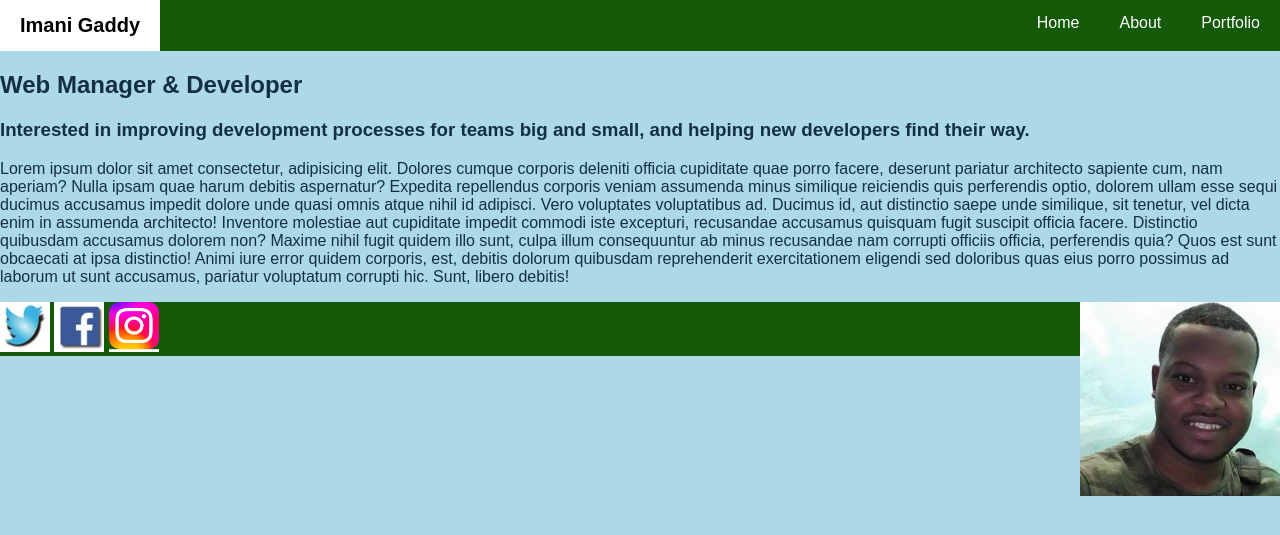
Repository: website-dev-team/website-repo
Page: personal_site/home.html
The author's editor kept a copy of each file at every save. The page is drawn from the files as they stood at one save, then again after the next save.
The browser window is 1280 px wide. The pictures show the whole page.

Above is the page before, as saved 2024-07-16 05:09:25.

### personal_site/home.html
<!DOCTYPE html>
<html lang="en">
<head>
    <meta charset="UTF-8">
    <meta name="viewport" content="width=device-width, initial-scale=1.0">
    <title>My Personal Website</title>
    <link rel="stylesheet" href="style.css">
</head>
<body>
<header>
    <nav class="navbar">
        <a class="logo" href="#">Imani Gaddy</a>
        <a href="./portfolio.html" class="nav-item">Portfolio</a>
        <a href="./about.html" class="nav-item">About</a>
        <a href="./home.html" class="nav-item">Home</a>
    </nav>
</header>

<section class="boxw"><h2>Web Manager & Developer</h2></section>
<div>
    <section class="box">
        <section class="box2"><h3>Interested in improving development processes for teams big and small, and helping new developers find their way.</h3>
    <p>Lorem ipsum dolor sit amet consectetur, adipisicing elit. Dolores cumque corporis deleniti officia cupiditate quae porro facere, deserunt pariatur architecto sapiente cum, nam aperiam? Nulla ipsam quae harum debitis aspernatur?
    Expedita repellendus corporis veniam assumenda minus similique reiciendis quis perferendis optio, dolorem ullam esse sequi ducimus accusamus impedit dolore unde quasi omnis atque nihil id adipisci. Vero voluptates voluptatibus ad.
    Ducimus id, aut distinctio saepe unde similique, sit tenetur, vel dicta enim in assumenda architecto! Inventore molestiae aut cupiditate impedit commodi iste excepturi, recusandae accusamus quisquam fugit suscipit officia facere.
    Distinctio quibusdam accusamus dolorem non? Maxime nihil fugit quidem illo sunt, culpa illum consequuntur ab minus recusandae nam corrupti officiis officia, perferendis quia? Quos est sunt obcaecati at ipsa distinctio!
    Animi iure error quidem corporis, est, debitis dolorum quibusdam reprehenderit exercitationem eligendi sed doloribus quas eius porro possimus ad laborum ut sunt accusamus, pariatur voluptatum corrupti hic. Sunt, libero debitis!</p>
        <img src="Profile.png" alt="Profile Image" class="float-left" width="200">
        </section>
</div>
<footer>
    <nav class="navbar">
        <img src="twitter.jpg" alt="insta" width="50" height="50">
        <img src="facebook.jpg" alt="insta" width="50" height="50">
        <img src="instagram.png" alt="insta" width="50" height="50">

    </nav>
</footer>

</body>
</html>

### personal_site/style.css
body {
    margin: 0;
    font-family: Arial, Helvetica, sans-serif;
    background-color: #add8e6;
    color: #132f46;

}

.navbar {
    background-color: #145a08;
    overflow: hidden;
}

.navbar a {
    display: inline-block;
    text-decoration: none;
    text-align: center;
    padding: 14px 20px;
    color: white;
}

.navbar a:hover {
    background-color: white;
    color: black;
}

.navbar .logo {
    font-size: 20px;
    font-weight: bold;
    float: left;
}

.navbar .nav-item {
    float: right;
}

.float-left {
    float: right;
}

After the next save:
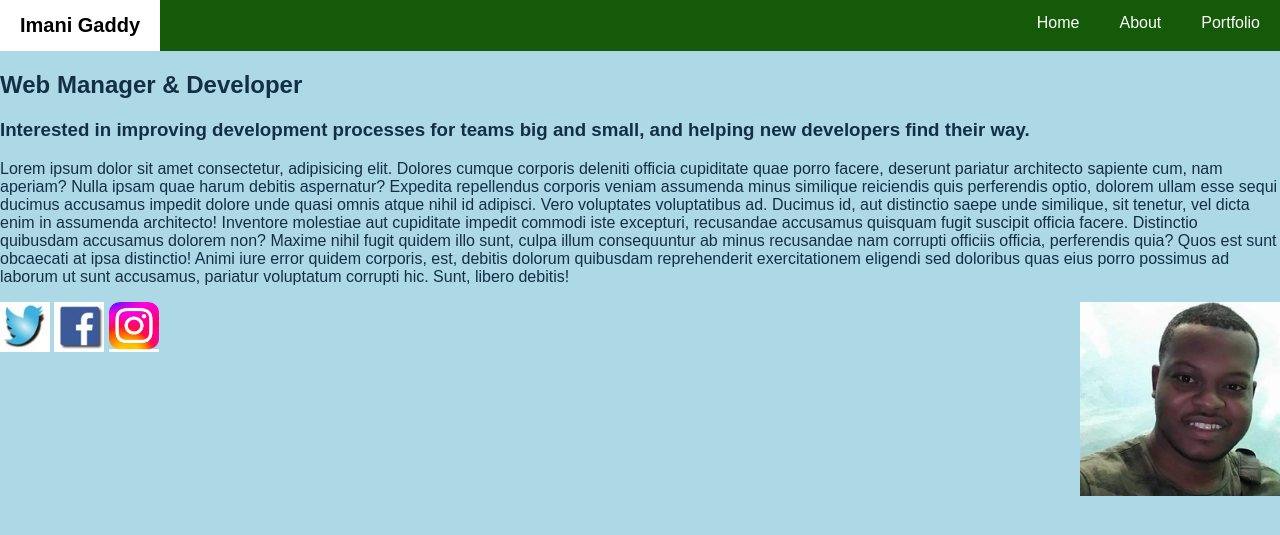
Saved 2 min 49 s later.
--- a/personal_site/home.html
+++ b/personal_site/home.html
@@ -29,7 +29,7 @@
         </section>
 </div>
 <footer>
-    <nav class="navbar">
+    <nav class="navbar2">
         <img src="twitter.jpg" alt="insta" width="50" height="50">
         <img src="facebook.jpg" alt="insta" width="50" height="50">
         <img src="instagram.png" alt="insta" width="50" height="50">

After the save that followed:
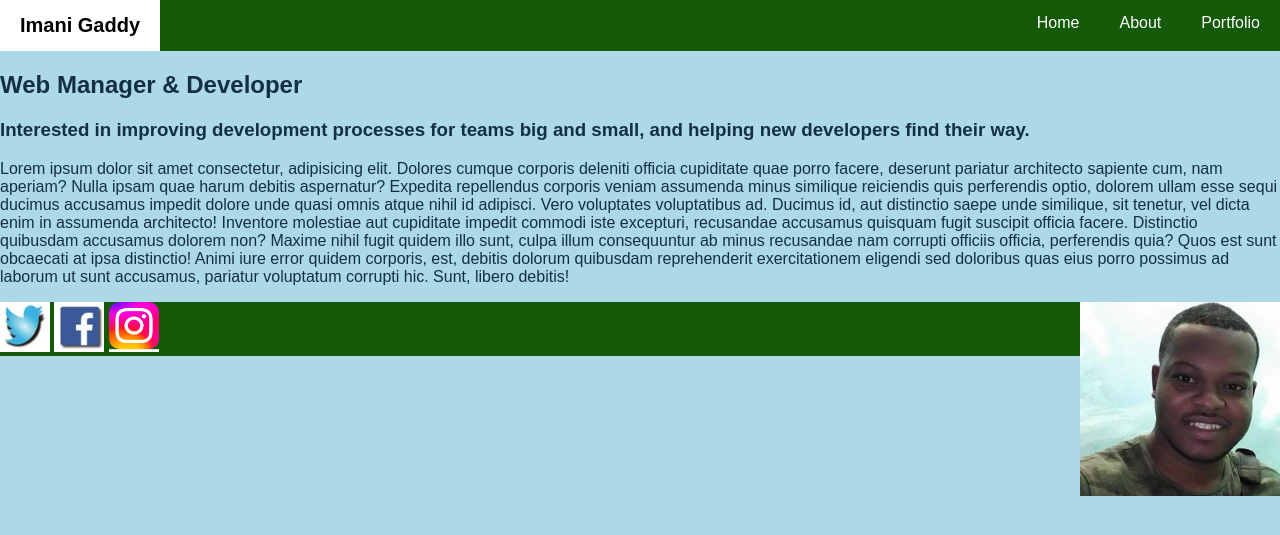
Saved 76 s later.
--- a/personal_site/home.html
+++ b/personal_site/home.html
@@ -29,7 +29,7 @@
         </section>
 </div>
 <footer>
-    <nav class="navbar2">
+    <nav class="navbar">
         <img src="twitter.jpg" alt="insta" width="50" height="50">
         <img src="facebook.jpg" alt="insta" width="50" height="50">
         <img src="instagram.png" alt="insta" width="50" height="50">
